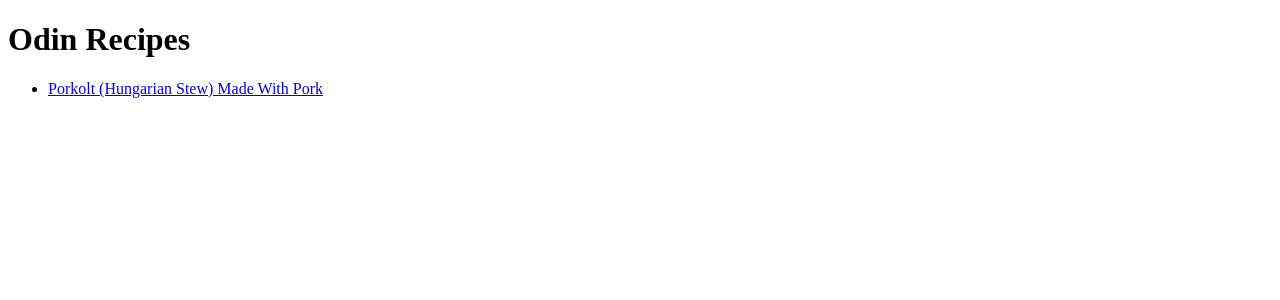
Repository: ShaneLau2/odin-recipes
Page: index.html
The author's editor kept a copy of each file at every save. The page is drawn from the files as they stood at one save, then again after the next save.
The browser window is 1280 px wide. The pictures show the whole page.

Above is the page before, as saved 2024-02-23 17:41:50.

### index.html
<!DOCTYPE html>
<html lang="en">

<head>
    <meta charset="UTF-8" />
    <meta name="viewport" content="width=device-width, initial-scale=1.0" />
    <title>Odin Recipes</title>
</head>

<body>
    <h1>Odin Recipes</h1>
    <ul>
        <li>
            <a href="recipes/Porkolt (Hungarian Stew) Made With Pork.html">Porkolt (Hungarian Stew) Made With Pork</a>
        </li>

    </ul>
</body>

</html>

After the next save:
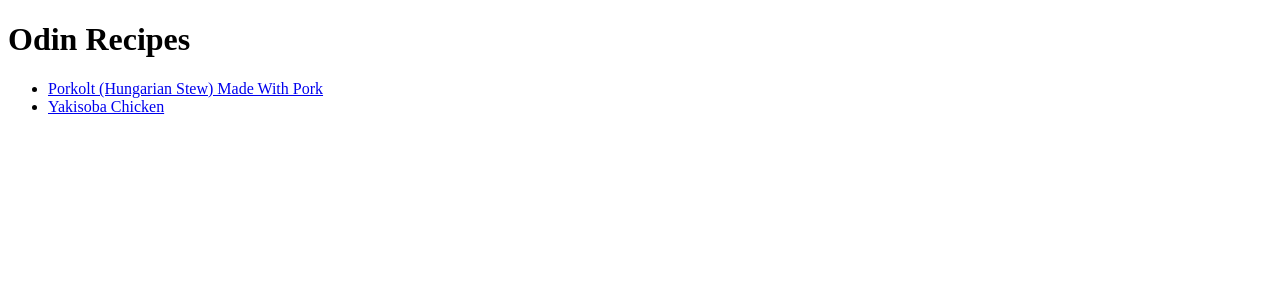
Saved 9 s later.
--- a/index.html
+++ b/index.html
@@ -13,7 +13,8 @@
         <li>
             <a href="recipes/Porkolt (Hungarian Stew) Made With Pork.html">Porkolt (Hungarian Stew) Made With Pork</a>
         </li>
-
+        <li>
+            <a href="recipes/Yakisoba Chicken.html">Yakisoba Chicken</a>
     </ul>
 </body>
 
